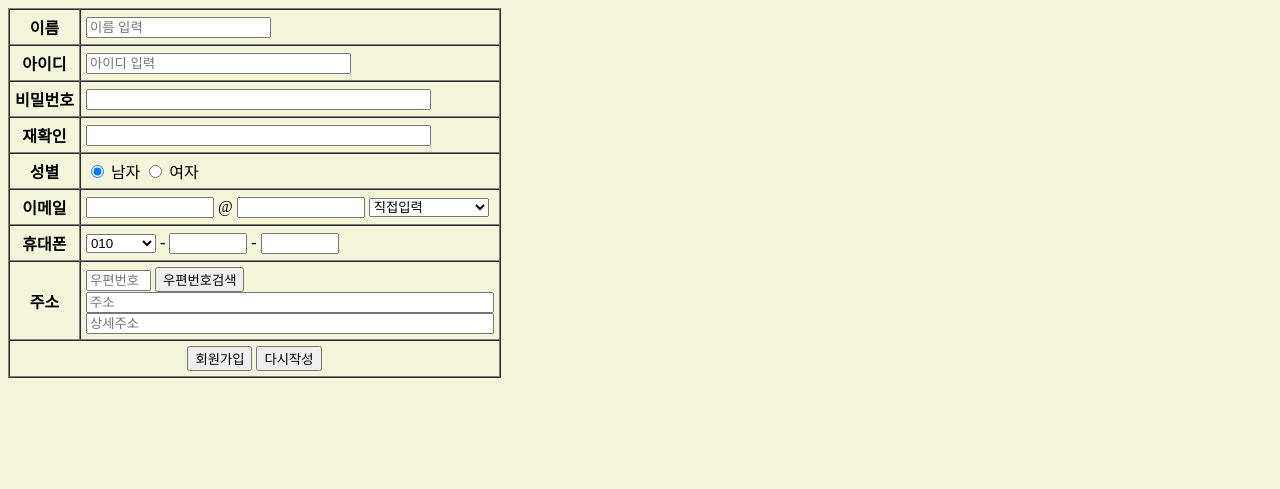
Repository: Gmajorlist/HTML
Page: http://localhost/memberJSP/member/writeForm.jsp
An editor plug-in stored every save of this project. The page is shown before and after the next save, followed by the edit.
The browser window is 1280 px wide. The pictures show the whole page.
The page is served by Tomcat 9.

Above is the page before, as saved 2023-03-06 05:25:07.

After the next save:
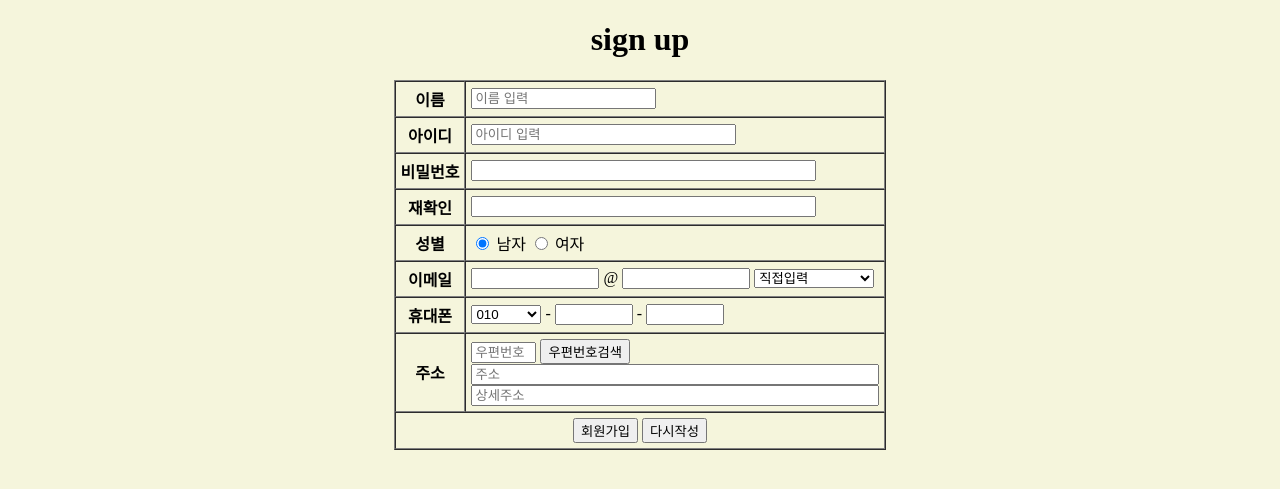
Saved 3 min 45 s later.
--- a/memberJSP/src/main/webapp/member/writeForm.jsp
+++ b/memberJSP/src/main/webapp/member/writeForm.jsp
@@ -13,10 +13,11 @@ div {
 }
 </style>
 </head>
-<body style="background-color:beige">
+<body style="background-color: beige;">
 <form name="writeForm" method="post" action="write.jsp">
+<center>
+<h1> sign up </h1>
  <table border="1" cellpadding="5" cellspacing="0">
- <center>
   <tr>
   	<th>이름</th>
   	<td>
